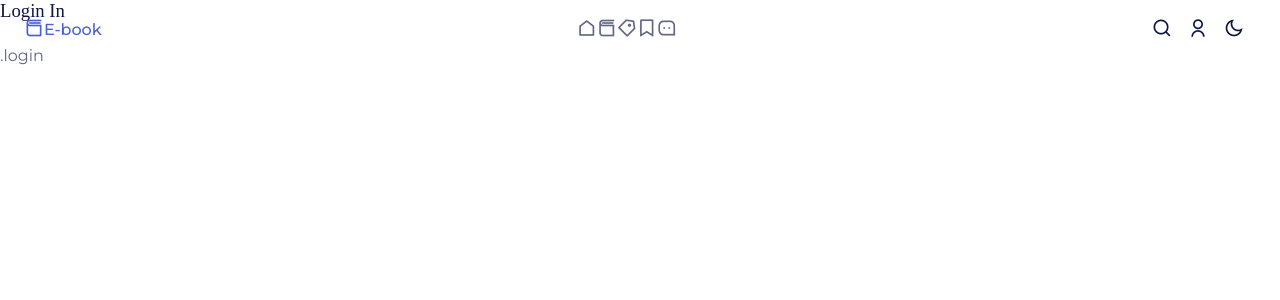
Repository: dinhhaidh/web-book-slider
Page: index.html
An editor plug-in stored every save of this project. The page is shown before and after the next save, followed by the edit.
The browser window is 1280 px wide. The pictures show the whole page.
Some web fonts or font styles are not loaded; a fallback is used. Some web libraries are served in a nearby version.

Above is the page before, as saved 2024-01-12 08:51:16.

After the next save:
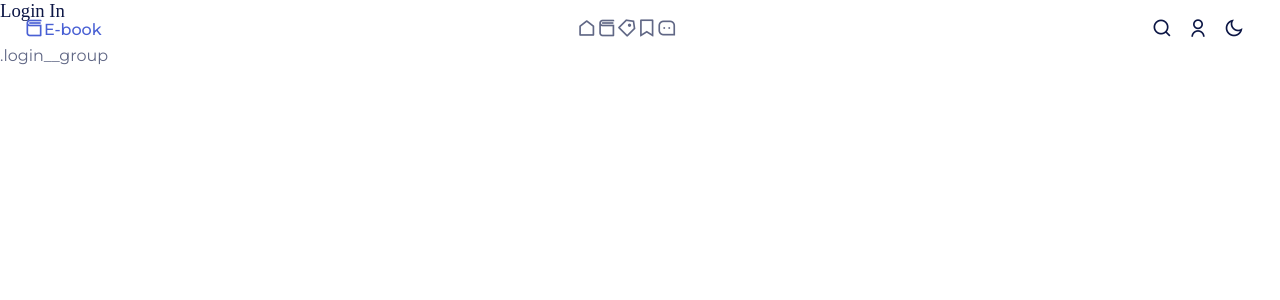
Saved 16 s later.
--- a/index.html
+++ b/index.html
@@ -79,7 +79,7 @@
         <form action="" class="login__form grid">
             <h3 class="login__title">Login In</h3>
 
-            .login
+            .login__group
         </form>
     </div>
 
